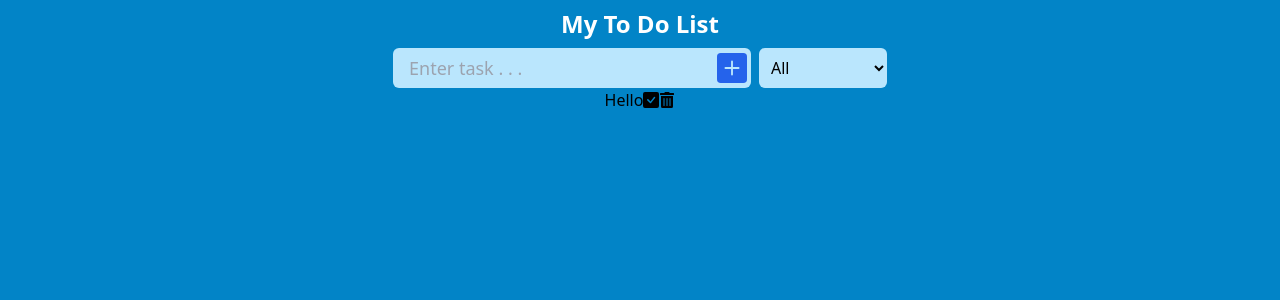
Repository: SaadYasin/react-to-do-list
Page: /
The author's editor kept a copy of each file at every save. The page is drawn from the files as they stood at one save, then again after a run of saves.
The browser window is 1280 px wide. The pictures show the whole page.
The project was rebuilt for these pictures with package versions that can differ from the ones it lists, and the page was loaded fresh each time. Also part of the build but not shown: src/App.css.

Above is the page before, as saved 2022-11-10 22:50:01.

### public/index.html
<!DOCTYPE html>
<html lang="en">
  <head>
    <meta charset="utf-8" />
    <link rel="icon" href="%PUBLIC_URL%/favicon.ico" />
    <meta name="viewport" content="width=device-width, initial-scale=1" />
    <meta name="theme-color" content="#000000" />
    <meta
      name="description"
      content="Web site created using create-react-app"
    />
    <link rel="apple-touch-icon" href="%PUBLIC_URL%/logo192.png" />

    <link rel="manifest" href="%PUBLIC_URL%/manifest.json" />

    <title>React | To Do List</title>
  </head>
  <body>
    <noscript>You need to enable JavaScript to run this app.</noscript>
    <div id="root"></div>

  </body>
</html>

### src/App.js
import React from 'react';
import Header from './components/Header';
import Input from './components/Input';
import TodoList from './components/TodoList';
import './App.css';

function App() {
  const [inputText, setInputText] = React.useState(null);
  const [todos, setTodos] = React.useState([]);

  return (
    <div className="flex flex-col items-center bg-sky-600 h-screen">
      <Header />
      <Input todos={todos} setTodos={setTodos} setInputText={setInputText} inputText={inputText} />
      <h1>{ inputText }</h1>
      <TodoList />

    </div>
  );
}

export default App;

### src/components/Header.js
import React from 'react'
import Input from './Input'

const Header = () => {
  return (
    <div>
      <h1 className="text-2xl font-bold text-white my-2">My To Do List</h1>
    </div>
  );
}

export default Header

### src/components/Input.js
import React from "react";
import { BsFillPlusSquareFill } from "react-icons/bs";

const Input = ({ setInputText, inputText, todos, setTodos }) => {
  const handleInput = (e) => {
    // e.preventDefault();

    console.log(e.target.value);
    setInputText(e.target.value);
  };

  const handleSubmit = (e) => {
    e.preventDefault();

    setTodos([
      ...todos,
      { text: inputText, completed: false, id: Math.random() * 1000 },
    ]);

    setInputText("");
  };
  return (
    <div className="flex">
      <form className="flex h-10 bg-sky-200 rounded-md" onSubmit={handleSubmit}>
        <input
          value={inputText}
          type="text"
          placeholder="Enter task . . ."
          className="text-lg bg-transparent text-gray-800 px-4 w-44 md:w-80 outline-none"
          onChange={handleInput}
        />
        <button className="text-3xl text-blue-600 px-1" type="submit">
          <BsFillPlusSquareFill />
        </button>
      </form>

      <div className="select ml-2 bg-sky-200 rounded-md">
        <select
          name="todos"
          id="filter-todos"
          className="bg-transparent w-32 p-2"
        >
          <option value="all">All</option>
          <option value="completed">Completed</option>
          <option value="uncompleted">UnCompleted</option>
        </select>
      </div>
    </div>
  );
};

export default Input;

### src/components/TodoList.js
import React from 'react'

// Import components
import Todo from './Todo'
export const TodoList = () => {

  return (
    <div>
      <ul>
        <Todo />
      </ul>
    </div>
  )
}

export default TodoList;

### src/components/Todo.js
import React from 'react';
import { BsCheckSquareFill } from "react-icons/bs";
import { FaTrashAlt } from "react-icons/fa";
const Todo = () => {
  return (
    <div className="flex ">
      <li>Hello</li>

      <button>
        <BsCheckSquareFill />
      </button>
      <button><FaTrashAlt /></button>
    </div>
  );
}

export default Todo;

Loaded but not shown: src/index.js (common file); src/index.css (common file); tailwind.config.js (common file)

After the next 2 saves:
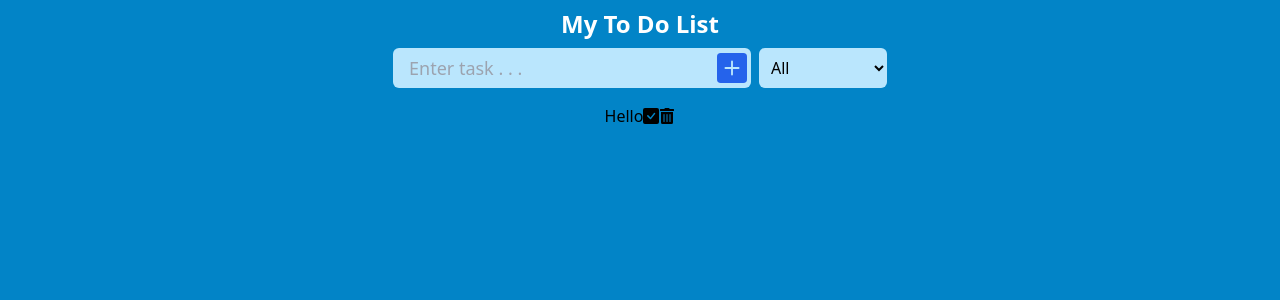
The 2 saves are shown as one change because they came seconds apart.
The last was saved 9 s later.
--- a/src/components/Todo.js
+++ b/src/components/Todo.js
@@ -3,7 +3,7 @@ import { BsCheckSquareFill } from "react-icons/bs";
 import { FaTrashAlt } from "react-icons/fa";
 const Todo = () => {
   return (
-    <div className="flex ">
+    <div className="flex mt-4">
       <li>Hello</li>
 
       <button>
